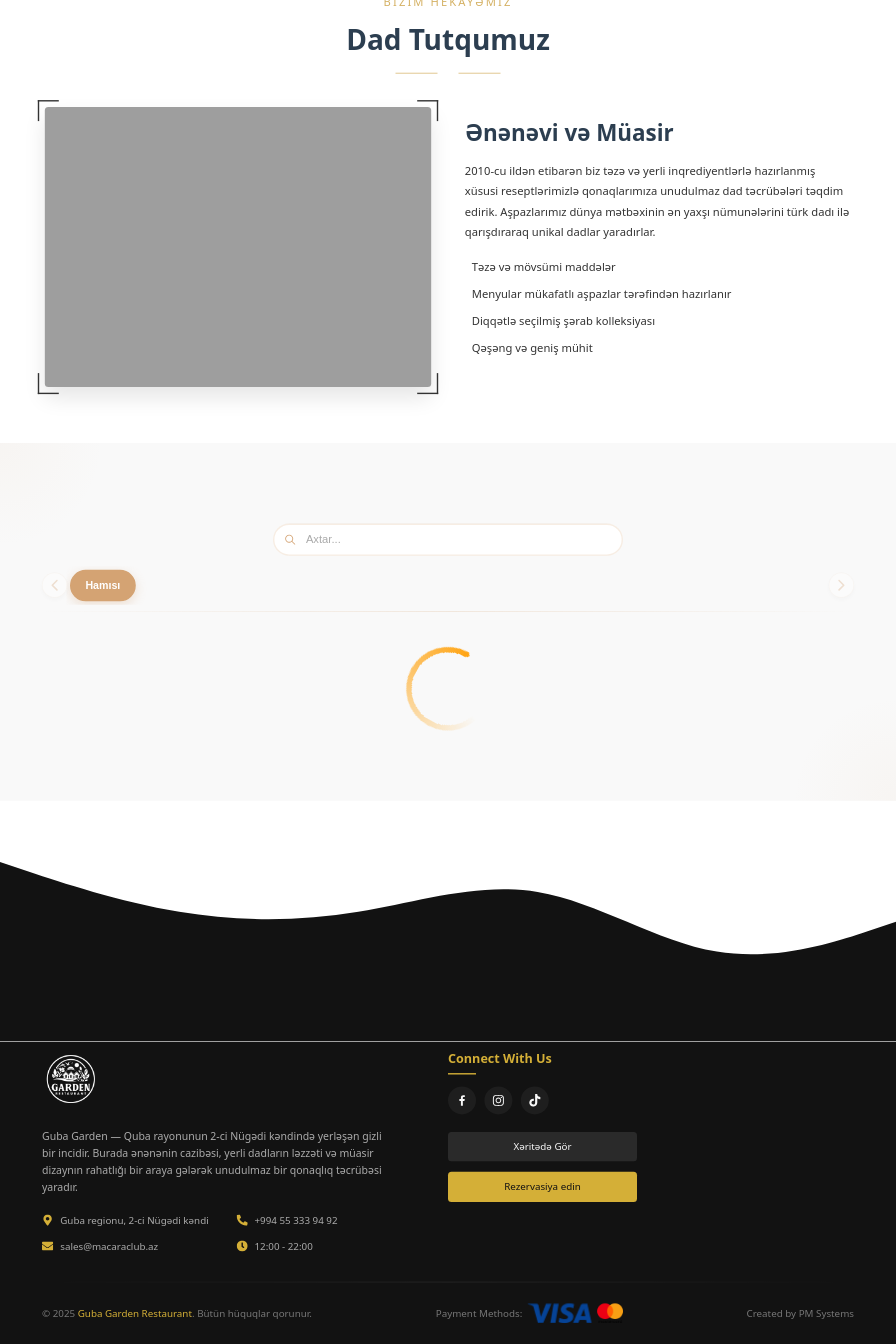
Repository: ferhadsultan98/menu-macara
Page: /
These files come from the project's save history. The page is drawn as it stood at one moment and after the next save; the edit follows.
The browser window is 1280 px wide. The pictures show the part of the page from y = 810 to 2730 px (the page is 2730 px tall before and 2446 px after), at 70% of full size.
Pictures or frames that could not be fetched are drawn as grey boxes. The page's requests for data from a server got no answer. The project was rebuilt for these pictures with package versions that can differ from the ones it lists, and the page was loaded fresh each time. No one was signed in, and anything a server would have sent is missing. Also part of the build but not shown: vite.config.js.

Above is the page before, as saved 2025-04-18 14:47:34.

### index.html
<!doctype html>
<html lang="en">
  <head>
    <meta charset="UTF-8" />
    <link rel="shortcut icon" href="/src/assets/logo.png" type="image/x-icon">
    <meta name="viewport" content="width=device-width, initial-scale=1.0" />
    <title>Guba Garden - Menu</title>
  </head>
  <body>
    <div id="root"></div>
    <script type="module" src="/src/main.jsx"></script>
  </body>
</html>

### src/App.jsx
import React from "react";
import { I18nextProvider } from "react-i18next";
import i18n from "./Languages/i18n";
import "./App.scss";
import MainLayout from "./Components/Common/MainLayout";
import Home from "./Pages/Home/Home";
import MenuSection from "./Pages/MenuSection/MenuSection";

function App() {

  return (
    <I18nextProvider i18n={i18n}>
      <div className="app-container">
        <MainLayout>
        <Home  />
          <MenuSection  />
        </MainLayout>
      </div>
    </I18nextProvider>
  );
}

export default App;

### src/App.scss
* {
  margin: 0;
  padding: 0;
  box-sizing: border-box;
}

body {
  font-family: system-ui, -apple-system, BlinkMacSystemFont, "Segoe UI", Roboto,
    Oxygen, Ubuntu, Cantarell, "Open Sans", "Helvetica Neue", sans-serif;
}

### src/Components/Common/MainLayout.jsx
import React from 'react';
import Header from './Header/Header';
import Footer from './Footer/Footer';

const MainLayout = ({ children }) => {
  return (
    <>
      <Header />
      {children}
      <Footer />
    </>
  );
};

export default MainLayout;

### src/Components/Common/Header/Header.jsx
import { useState, useEffect, useRef } from "react";
import "./Header.scss";
import Logo from "../../../assets/logo.png";
import whiteLogo from "../../../assets/logowhite.png";
import { motion, AnimatePresence } from "framer-motion";
import { useTranslation } from "react-i18next";
import { IoRestaurantOutline } from "react-icons/io5";

const Header = () => {
  const [scrolled, setScrolled] = useState(false);
  const [isOpen, setIsOpen] = useState(false);
  const dropdownRef = useRef(null);
  const { t, i18n } = useTranslation();

  const languages = [
    { code: "en", name: "English" },
    { code: "az", name: "Azərbaycan" },
    { code: "ru", name: "Русский" },
  ];

  useEffect(() => {
    const handleScroll = () => {
      const isScrolled = window.scrollY > 20;
      setScrolled(isScrolled);
    };

    window.addEventListener("scroll", handleScroll);
    return () => window.removeEventListener("scroll", handleScroll);
  }, []);

  useEffect(() => {
    const handleClickOutside = (event) => {
      if (dropdownRef.current && !dropdownRef.current.contains(event.target)) {
        setIsOpen(false);
      }
    };

    document.addEventListener("mousedown", handleClickOutside);
    return () => document.removeEventListener("mousedown", handleClickOutside);
  }, []);

  const toggleLanguage = (langCode) => {
    i18n.changeLanguage(langCode);
    setIsOpen(false);
  };

  const toggleMenu = () => {
    setIsOpen(!isOpen);
  };
  const scrollToTop = () => {
    window.scrollTo({ top: 0, behavior: "smooth" });
  };
  const scrollToMenu = () => {
    const menuSection = document.getElementById("menu");
    if (menuSection) {
      menuSection.scrollIntoView({ behavior: "smooth", block: "start" });
    }
  };
  return (
    <header className={`header ${scrolled ? "scrolled" : ""}`}>
      <div className="headerContainer">
        <a onClick={scrollToTop}>
          <div className="logo">
            <img
              src={scrolled ? Logo : whiteLogo}
              alt={scrolled ? "Logo" : "White Logo"}
              className="logo-img"
            />
          </div>
        </a>
        <button className="menu-button" onClick={scrollToMenu}>
        {t("header.menu")}
          <span className="menu-icon">
            <IoRestaurantOutline />
          </span>
        </button>
        <div className="header-actions">
          <div className="lang-dropdown" ref={dropdownRef}>
            <button
              className="lang-current"
              onClick={toggleMenu}
              aria-expanded={isOpen}
            >
              <span>{i18n.language.toUpperCase()}</span>
              <i className={`fas fa-chevron-down ${isOpen ? "open" : ""}`}></i>
            </button>

            <AnimatePresence>
              {isOpen && (
                <motion.ul
                  className="lang-options"
                  initial={{ opacity: 0, y: -10 }}
                  animate={{ opacity: 1, y: 0 }}
                  exit={{ opacity: 0, y: -10 }}
                  transition={{ duration: 0.2 }}
                >
                  {languages.map((lang) => (
                    <motion.li
                      key={lang.code}
                      whileHover={{ backgroundColor: "rgba(0,0,0,0.05)" }}
                      onClick={() => toggleLanguage(lang.code)}
                      className={i18n.language === lang.code ? "active" : ""}
                    >
                      <span className="lang-code">
                        {lang.code.toUpperCase()}
                      </span>
                      <span className="lang-name">{lang.name}</span>
                    </motion.li>
                  ))}
                </motion.ul>
              )}
            </AnimatePresence>
          </div>
        </div>
      </div>
    </header>
  );
};

export default Header;

### src/Components/Common/Footer/Footer.jsx
import React, { useState, useEffect } from "react";
import "./Footer.scss";
import logo from "../../../assets/logowhite.png";
import visaIcon from "../../../assets/visa.png";
import mastercardIcon from "../../../assets/mastercard.png";
import { IoIosArrowUp } from "react-icons/io";
import { GrFacebookOption } from "react-icons/gr";
import { FaInstagram, FaTiktok, FaMapMarkerAlt, FaPhoneAlt, FaEnvelope, FaClock } from "react-icons/fa";
import { useTranslation } from "react-i18next";

const Footer = () => {
  const { t } = useTranslation();
  const [showScrollTop, setShowScrollTop] = useState(false);
  const currentYear = new Date().getFullYear();

  useEffect(() => {
    const handleScroll = () => {
      if (window.scrollY > 300) {
        setShowScrollTop(true);
      } else {
        setShowScrollTop(false);
      }
    };

    window.addEventListener("scroll", handleScroll);

    return () => {
      window.removeEventListener("scroll", handleScroll);
    };
  }, []);

  const scrollToTop = () => {
    window.scrollTo({
      top: 0,
      behavior: "smooth",
    });
  };

  return (
    <footer className="footer">
      <div className="footer-wave">
        <svg xmlns="http://www.w3.org/2000/svg" viewBox="0 0 1440 320">
          <path fill="#121212" fillOpacity="1" d="M0,32L48,48C96,64,192,96,288,112C384,128,480,128,576,112C672,96,768,64,864,80C960,96,1056,160,1152,176C1248,192,1344,160,1392,144L1440,128L1440,320L1392,320C1344,320,1248,320,1152,320C1056,320,960,320,864,320C768,320,672,320,576,320C480,320,384,320,288,320C192,320,96,320,48,320L0,320Z"></path>
        </svg>
      </div>

      <div className="footer-content">
        <div className="container">
          <div className="footer-main">
            <div className="footer-info">
              <img src={logo} alt="Guba Garden Restaurant Logo" className="footer-logo" />
              <p className="footer-description">{t("footer.desc")}</p>
              <div className="footer-contact-items">
                <div className="contact-item">
                  <FaMapMarkerAlt />
                  <span>{t("footer.location")}</span>
                </div>
                <div className="contact-item">
                  <FaPhoneAlt />
                  <span>+994 55 333 94 92</span>
                </div>
                <div className="contact-item">
                  <FaEnvelope />
                  <span>sales@macaraclub.az</span>
                </div>
                <div className="contact-item">
                  <FaClock />
                  <span>12:00 - 22:00</span>
                </div>
              </div>
            </div>



            <div className="footer-connect">
              <h4>Connect With Us</h4>
              <div className="social-icons">
                <a href="https://facebook.com" aria-label="Facebook" className="social-icon">
                  <GrFacebookOption />
                </a>
                <a href="https://instagram.com" aria-label="Instagram" className="social-icon">
                  <FaInstagram />
                </a>
                <a href="https://tiktok.com" aria-label="TikTok" className="social-icon">
                  <FaTiktok />
                </a>
              </div>

              <div className="footer-actions">
                <a href="https://maps.app.goo.gl/35UcEZzbX2nMFG9H6" className="footer-btn map-btn" target="_blank">
                  {t("footer.viewMap")}
                </a>
                <a href="https://macaraclub.az/" className="footer-btn book-btn" target="_blank">
                  {t("footer.bookaTable")}
                </a>
              </div>
            </div>
          </div>

          <div className="footer-divider"></div>

          <div className="footer-bottom">
            <p className="copyright">
              © {currentYear} <span>Guba Garden Restaurant</span>. {t("footer.allRightReserved")}
            </p>

            <div className="payment-methods">
              <span>Payment Methods:</span>
              <img src={visaIcon} alt="Visa" />
              <img src={mastercardIcon} alt="Mastercard" />
            </div>

            <p className="credits">Created by PM Systems</p>
          </div>
        </div>
      </div>

      <div
        className={`scroll-top ${showScrollTop ? "visible pulse" : ""}`}
        onClick={scrollToTop}
        aria-label="Scroll to top"
      >
        <IoIosArrowUp />
      </div>
    </footer>
  );
};

export default Footer;

### src/Components/Loading/Loading.jsx
import React from "react";
import "./Loading.scss";

const Loading = () => {
  return <div className="restaurantLoader"></div>;
};

export default Loading;

### src/server/server.jsx
// src/server/server.js
import { initializeApp } from "firebase/app";
import { getDatabase, ref, onValue, set, push, remove, update } from "firebase/database";
import { getAnalytics } from "firebase/analytics";

// Firebase configuration
const firebaseConfig = {
  apiKey: "AIzaSyA3iCDoGXoamiNg5rUrGU5uqmnfMHKO9BI",
  authDomain: "gubagarden.firebaseapp.com",
  projectId: "gubagarden",
  storageBucket: "gubagarden.firebasestorage.app",
  messagingSenderId: "920416051355",
  appId: "1:920416051355:web:6acffca1bb687b0d4ca63e",
  measurementId: "G-L77LRCTPG3",
  databaseURL: "https://gubagarden-default-rtdb.firebaseio.com"
};


const app = initializeApp(firebaseConfig);
let analytics = null;


if (typeof window !== 'undefined') {
  try {
    analytics = getAnalytics(app);
  } catch (error) {
    console.error("Analytics failed to initialize:", error);
  }
}

const database = getDatabase(app);

export { database, analytics, ref, onValue, set, push, remove, update };

### src/Components/Common/Footer/Footer.scss
.footer {
  position: relative;
  color: #f8f8f8;
  margin-top: 60px;

  // Wave decoration at the top
  .footer-wave {
    line-height: 0;
    transform: translateY(-1px);


  }

  .footer-content {
    background-color: #121212;
    padding: 0 0 30px;
  }

  .container {
    max-width: 1200px;
    margin: 0 auto;
    padding: 0 20px;

  }

  // Main footer section
  .footer-main {
    display: grid;
    grid-template-columns: 2fr 1fr 1fr;
    gap: 40px;
    padding: 10px 0 40px;

    @media (max-width: 992px) {
      grid-template-columns: 1fr 1fr;
    }

    @media (max-width: 768px) {
      grid-template-columns: 1fr;
      gap: 30px;
    }
  }

  // Logo and description section
  .footer-info {
    .footer-logo {
      height: 85px;
      width: auto;
      margin-bottom: 20px;
      object-fit: contain;
    }

    .footer-description {
      color: #ababab;
      font-size: 15px;
      line-height: 1.6;
      margin-bottom: 25px;
      max-width: 90%;
    }
  }

  // Contact items
  .footer-contact-items {
    display: grid;
    grid-template-columns: 1fr 1fr;
    gap: 15px;

    @media (max-width: 576px) {
      grid-template-columns: 1fr;
    }

    .contact-item {
      display: flex;
      align-items: center;
      color: #ababab;
      font-size: 14px;

      svg {
        color: #d4af37;
        margin-right: 10px;
        font-size: 16px;
        flex-shrink: 0;
      }
    }
  }

  // Quick links section
  .footer-quick-links {
    h4 {
      color: #d4af37;
      font-size: 18px;
      font-weight: 600;
      margin-bottom: 25px;
      position: relative;

      &:after {
        content: "";
        position: absolute;
        bottom: -8px;
        left: 0;
        width: 40px;
        height: 2px;
        background-color: #d4af37;
      }
    }

    ul {
      list-style: none;
      padding: 0;
      margin: 0;

      li {
        margin-bottom: 12px;

        a {
          color: #ababab;
          text-decoration: none;
          font-size: 15px;
          transition: all 0.25s ease;
          position: relative;
          padding-left: 15px;

          &:before {
            content: "›";
            position: absolute;
            left: 0;
            color: #d4af37;
          }

          &:hover {
            color: #fff;
            padding-left: 18px;
          }
        }
      }
    }
  }

  // Connect section
  .footer-connect {
    h4 {
      color: #d4af37;
      font-size: 18px;
      font-weight: 600;
      margin-bottom: 25px;
      position: relative;

      &:after {
        content: "";
        position: absolute;
        bottom: -8px;
        left: 0;
        width: 40px;
        height: 2px;
        background-color: #d4af37;
      }
    }

    .social-icons {
      display: flex;
      gap: 12px;
      margin-bottom: 25px;

      .social-icon {
        display: flex;
        align-items: center;
        justify-content: center;
        width: 40px;
        height: 40px;
        border-radius: 50%;
        background-color: rgba(255, 255, 255, 0.05);
        color: #f8f8f8;
        transition: all 0.3s ease;
        font-size: 18px;

        svg {
          display: block;
        }

        &:hover {
          background-color: #d4af37;
          color: #121212;
          transform: translateY(-3px);
        }
      }
    }

    .footer-actions {
      display: flex;
      flex-direction: column;
      gap: 15px;

      .footer-btn {
        display: block;
        padding: 10px 16px;
        border-radius: 5px;
        text-decoration: none;
        text-align: center;
        font-weight: 500;
        font-size: 14px;
        transition: all 0.3s ease;

        &.map-btn {
          background-color: rgba(255, 255, 255, 0.1);
          color: #f8f8f8;

          &:hover {
            background-color: rgba(255, 255, 255, 0.2);
          }
        }

        &.book-btn {
          background-color: #d4af37;
          color: #121212;

          &:hover {
            background-color: darken(#d4af37, 10%);
            transform: translateY(-2px);
          }
        }
      }
    }
  }

  // Divider
  .footer-divider {
    height: 1px;
    background: linear-gradient(
      to right,
      rgba(255, 255, 255, 0),
      rgba(255, 255, 255, 0.1),
      rgba(255, 255, 255, 0)
    );
    margin-bottom: 30px;
  }

  // Footer bottom section
  .footer-bottom {
    display: flex;
    justify-content: space-between;
    align-items: center;
    flex-wrap: wrap;
    gap: 20px;

    @media (max-width: 768px) {
      flex-direction: column;
      text-align: center;
    }

    .copyright {
      color: #777;
      font-size: 14px;
      margin: 0;

      span {
        color: #d4af37;
      }
    }

    .payment-methods {
      display: flex;
      align-items: center;
      gap: 8px;

      span {
        color: #777;
        font-size: 14px;
      }

      img {
        height: 28px;
        width: auto;
      }
    }

    .credits {
      color: #777;
      font-size: 14px;
      margin: 0;
    }
  }

  // Scroll to top button
  .scroll-top {
    position: fixed;
    bottom: 30px;
    right: 30px;
    width: 45px;
    height: 45px;
    background-color: #d4af37;
    color: #121212;
    border-radius: 50%;
    display: flex;
    align-items: center;
    justify-content: center;
    cursor: pointer;
    opacity: 0;
    visibility: hidden;
    transition: all 0.3s ease;
    box-shadow: 0 3px 12px rgba(0, 0, 0, 0.3);
    z-index: 100;

    svg {
      font-size: 22px;
    }

    &.visible {
      opacity: 1;
      visibility: visible;
    }

    &:hover {
      background-color: lighten(#d4af37, 5%);
      transform: translateY(-5px);
    }

    &.pulse {
      animation: pulse 2s infinite;
    }
  }
}

@keyframes pulse {
  0% {
    box-shadow: 0 0 0 0 rgba(212, 175, 55, 0.7);
  }
  70% {
    box-shadow: 0 0 0 10px rgba(212, 175, 55, 0);
  }
  100% {
    box-shadow: 0 0 0 0 rgba(212, 175, 55, 0);
  }
}

### src/Components/Loading/Loading.scss
.restaurantLoader {
  width: 120px;
  aspect-ratio: 1;
  border-radius: 50%;
  background: radial-gradient(farthest-side, #ffa516 94%, #0000) top/8px 8px
      no-repeat,
    conic-gradient(#0000 30%, #ffa516);
  -webkit-mask: radial-gradient(farthest-side, #0000 calc(100% - 8px), #000 0);
  animation: l13 1s infinite linear;
  display: flex;
  margin: 0 auto;
}
@keyframes l13 {
  100% {
    transform: rotate(1turn);
  }
}

Loaded but not shown: src/main.jsx (common file); src/Languages/AZ/AZ.json (38 lines, source omitted); src/Languages/EN/EN.json (37 lines, source omitted); src/Languages/RU/RU.json (38 lines, source omitted); src/Languages/i18n.js (38 lines, source omitted); src/Pages/MenuSection/MenuSection.scss (1061 lines, source omitted); src/Pages/Home/Home.scss (765 lines, source omitted); src/Pages/MenuSection/MenuSection.jsx (411 lines, source omitted); src/Components/Common/Header/Header.scss (467 lines, source omitted); src/Pages/Home/Home.jsx (192 lines, source omitted); src/index.css (no stored copy; drawn as an empty file)

After the next save:
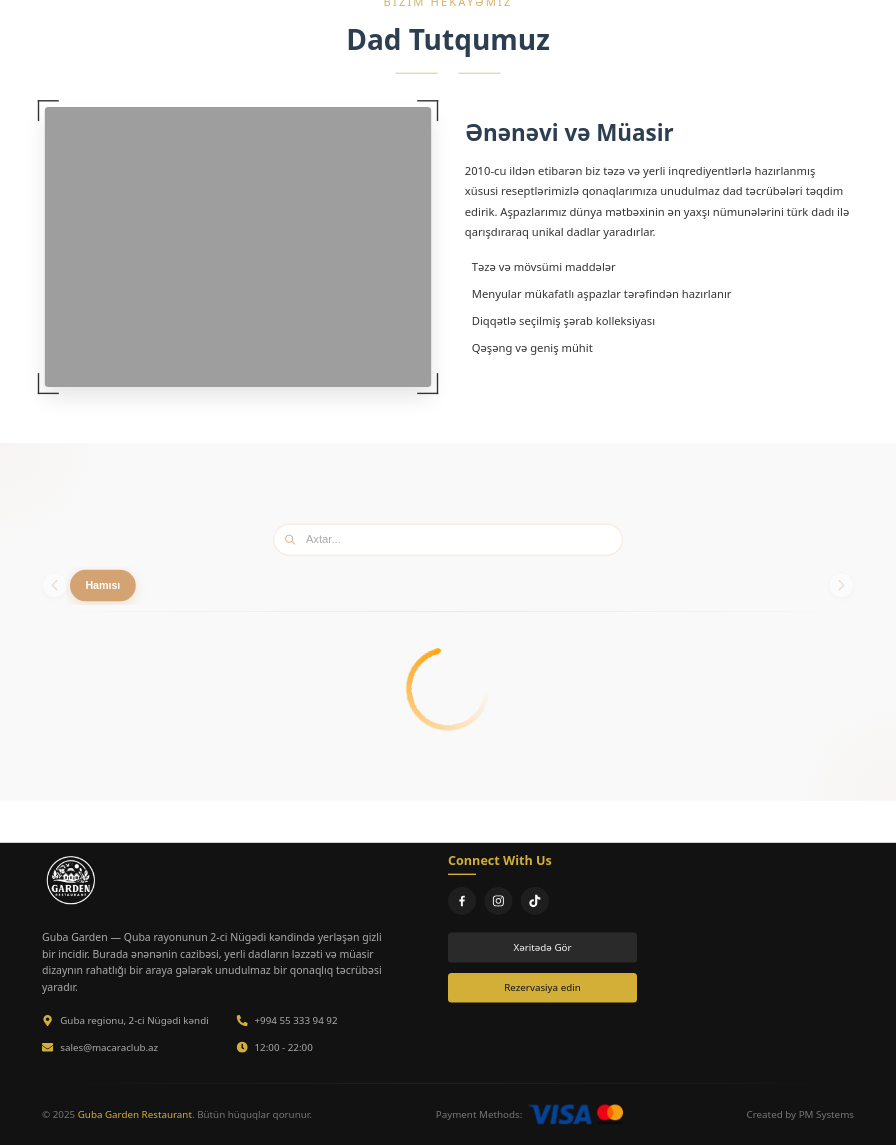
Saved 4 s later.
--- a/src/Components/Common/Footer/Footer.jsx
+++ b/src/Components/Common/Footer/Footer.jsx
@@ -39,9 +39,7 @@ const Footer = () => {
   return (
     <footer className="footer">
       <div className="footer-wave">
-        <svg xmlns="http://www.w3.org/2000/svg" viewBox="0 0 1440 320">
-          <path fill="#121212" fillOpacity="1" d="M0,32L48,48C96,64,192,96,288,112C384,128,480,128,576,112C672,96,768,64,864,80C960,96,1056,160,1152,176C1248,192,1344,160,1392,144L1440,128L1440,320L1392,320C1344,320,1248,320,1152,320C1056,320,960,320,864,320C768,320,672,320,576,320C480,320,384,320,288,320C192,320,96,320,48,320L0,320Z"></path>
-        </svg>
+
       </div>
 
       <div className="footer-content">
